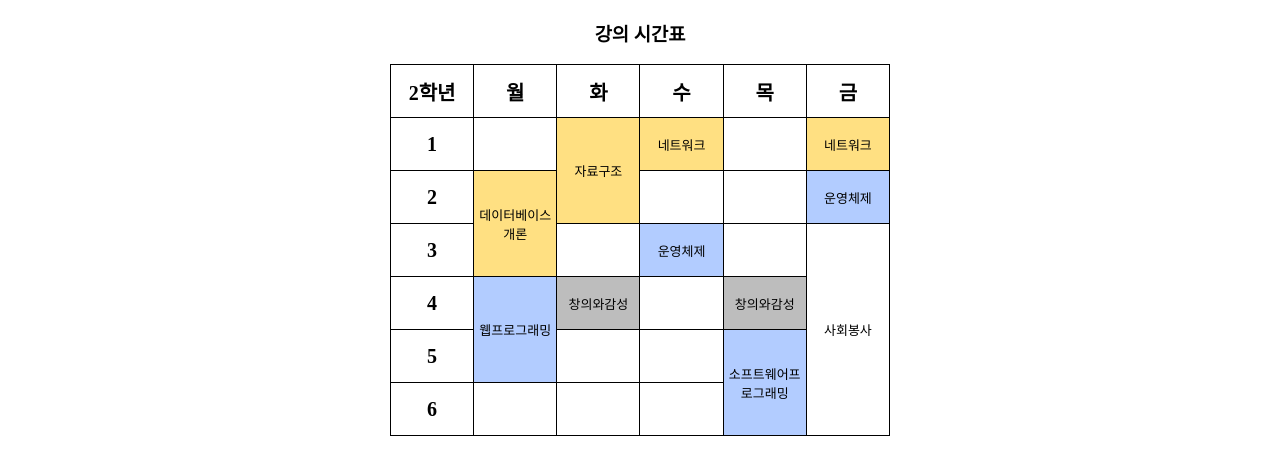
Repository: leecrossun/web-practice-javascript-2019
Page: http://localhost/First_half/Practice28/Practice28.jsp
These files come from the project's save history. The page is drawn as it stood at one moment and after the next save; the edit follows.
The browser window is 1280 px wide. The pictures show the whole page.
The page is served by Tomcat 9.

Above is the page before, as saved 2019-12-11 06:17:51.

After the next save:
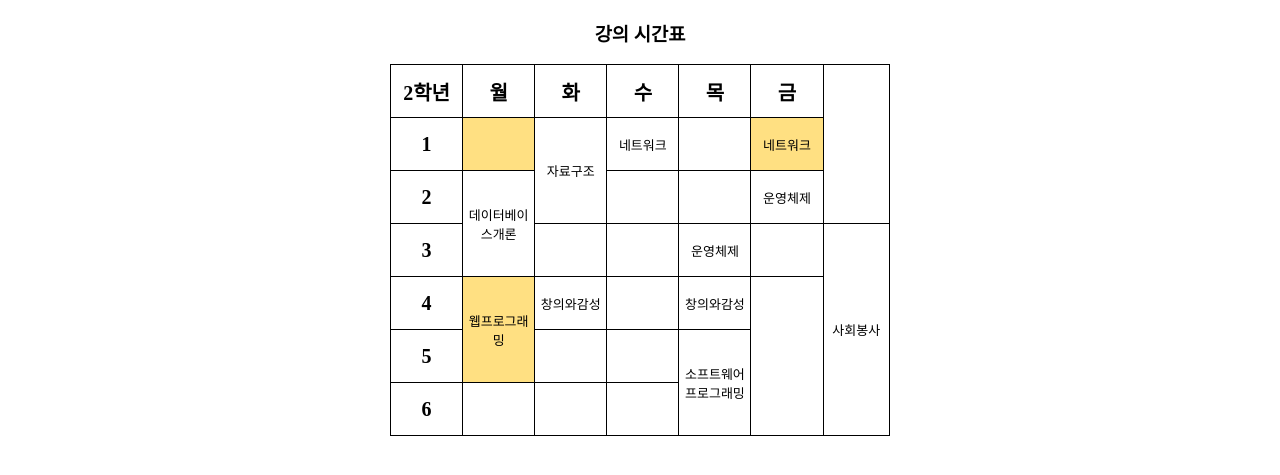
Saved 65 s later.
--- a/JSP/First_half/WebContent/Practice28/Practice28.jsp
+++ b/JSP/First_half/WebContent/Practice28/Practice28.jsp
@@ -40,11 +40,11 @@ table, td, th{
 <body>
 <%!
 int[][] lectureType = {
-		{0,1,1,0,1},
-		{1,0,0,0,2},
-		{0,0,2,0,4},
-		{2,3,0,3,0},
-		{0,0,0,2,0},
+		{1,0,0,0,1},
+		{0,0,0,0,0},
+		{1,0,0,0,0},
+		{1,0,0,0,0},
+		{0,0,0,0,0},
 		{0,0,0,0,0}
 };
 int[][] consecutive = {
